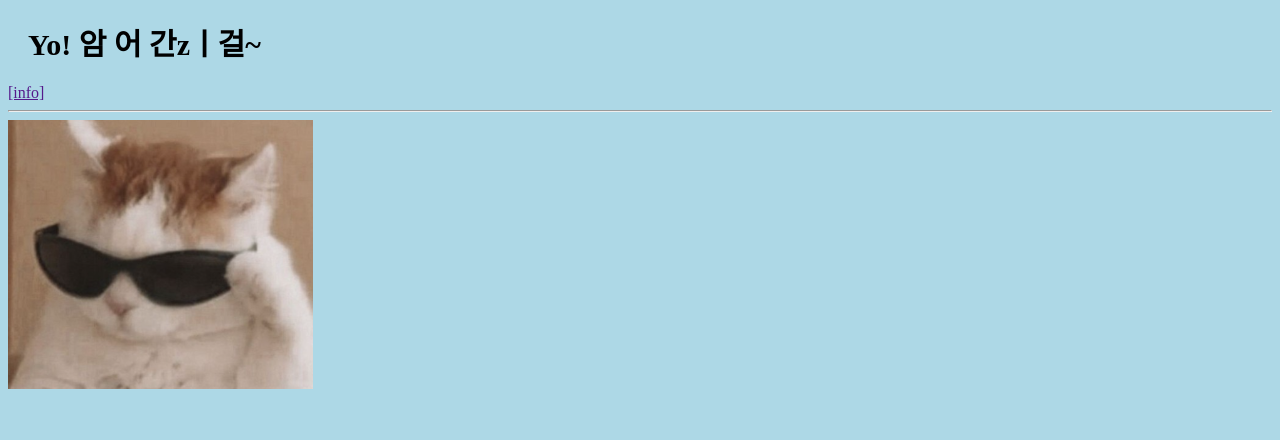
Repository: tjfgk97/sts3
Page: http://localhost/spring-first/hi
An editor plug-in stored every save of this project. The page is shown before and after the next save, followed by the edit.
The browser window is 1280 px wide. The pictures show the whole page.
The page is served by Tomcat 9.

Above is the page before, as saved 2024-02-01 07:02:09.

After the next save:
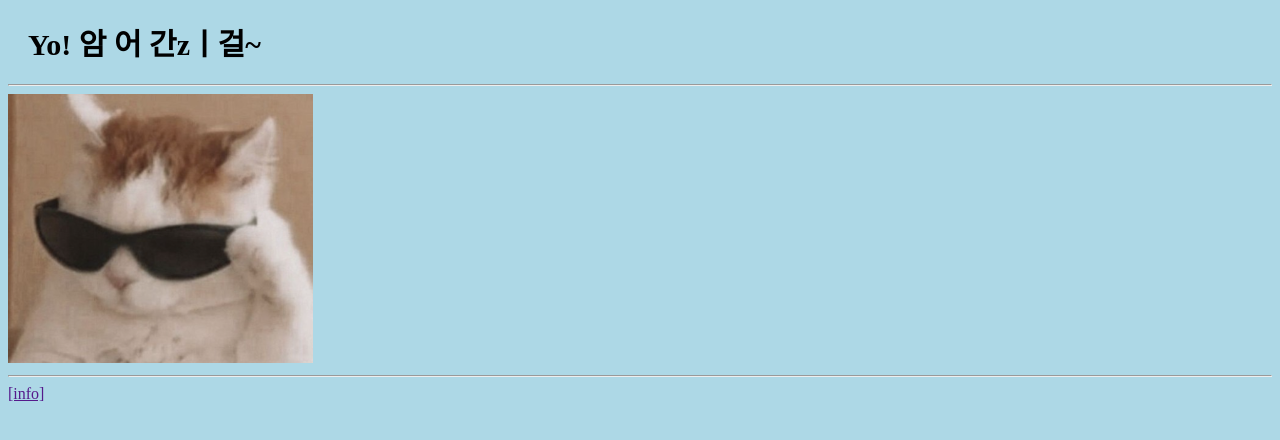
Saved 16 s later.
--- a/spring-first/src/main/webapp/WEB-INF/views/intro.jsp
+++ b/spring-first/src/main/webapp/WEB-INF/views/intro.jsp
@@ -11,9 +11,10 @@
 </head>
 <body>
 	<p>Yo! 암 어 간zㅣ걸~</p>
-	<a href="">[info]</a>
 	<hr>
 	<img alt="" src="resources/images/ganzi.png">
+	<hr>
+	<a href="">[info]</a>
 
 </body>
 </html>
